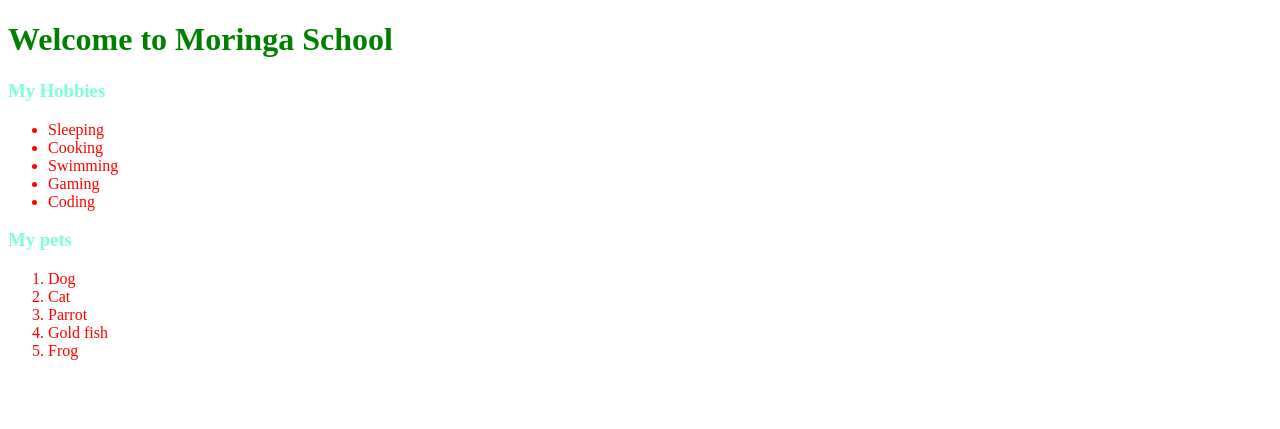
Repository: luckyantony/example
Page: index.html
The author's editor kept a copy of each file at every save. The page is drawn from the files as they stood at one save, then again after the next save.
The browser window is 1280 px wide. The pictures show the whole page.

Above is the page before, as saved 2025-02-17 11:27:28.

After the next save:
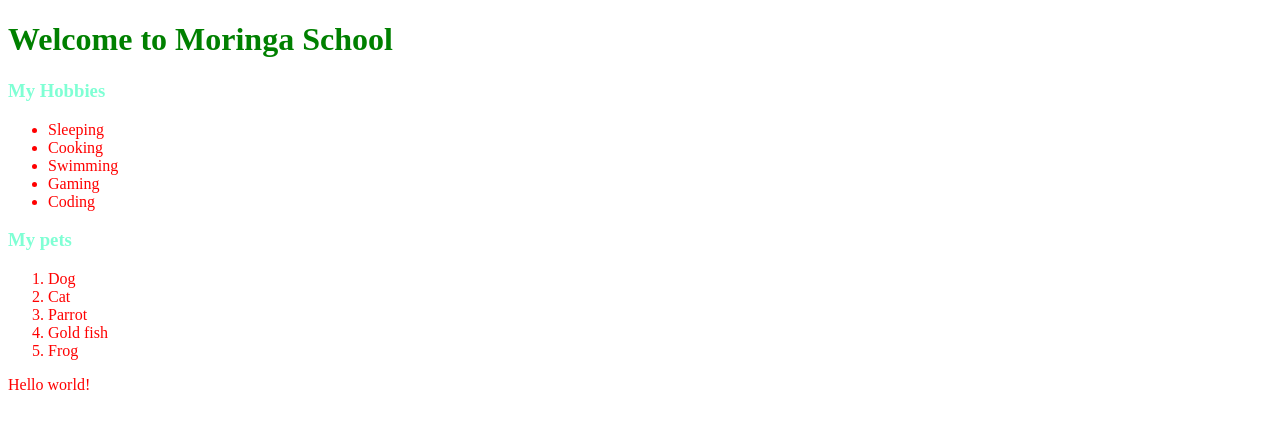
Saved 32 min 20 s later.
--- a/index.html
+++ b/index.html
@@ -24,6 +24,7 @@
         <li>Gold fish</li>
         <li>Frog</li>
     </ol>
+    <p>Hello world!</p>
 
 </body>
 </html>
